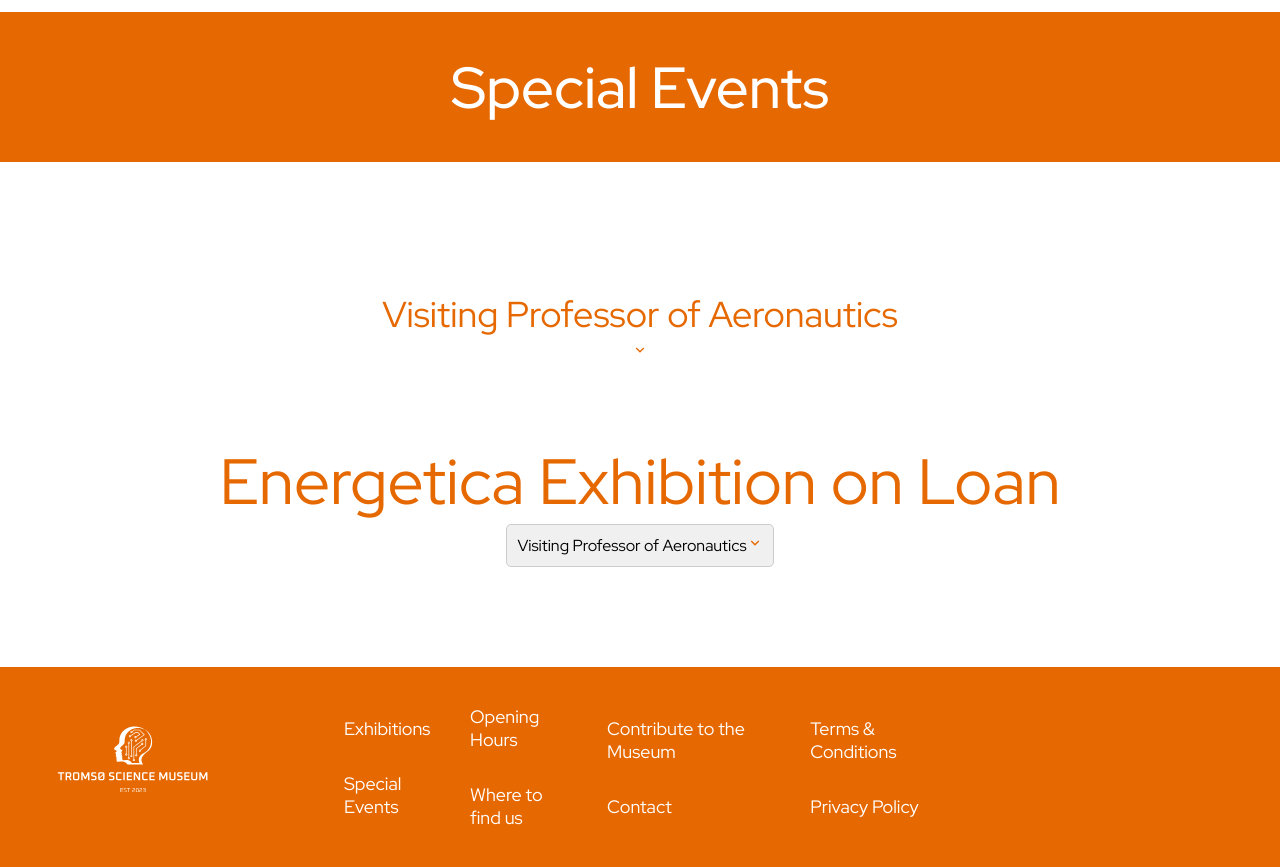
Repository: benjaminskarding/Semester-Project
Page: index.html
The author's editor kept a copy of each file at every save. The page is drawn from the files as they stood at one save, then again after a run of saves.
The browser window is 1280 px wide. The pictures show the part of the page from y = 5117 to 5984 px (the page is 5984 px tall).
A picture or video elsewhere on the page could not be fetched, so the positions and the page height are approximate.

Above is the page before, as saved 2023-12-04 12:48:23.

After the next 2 saves:
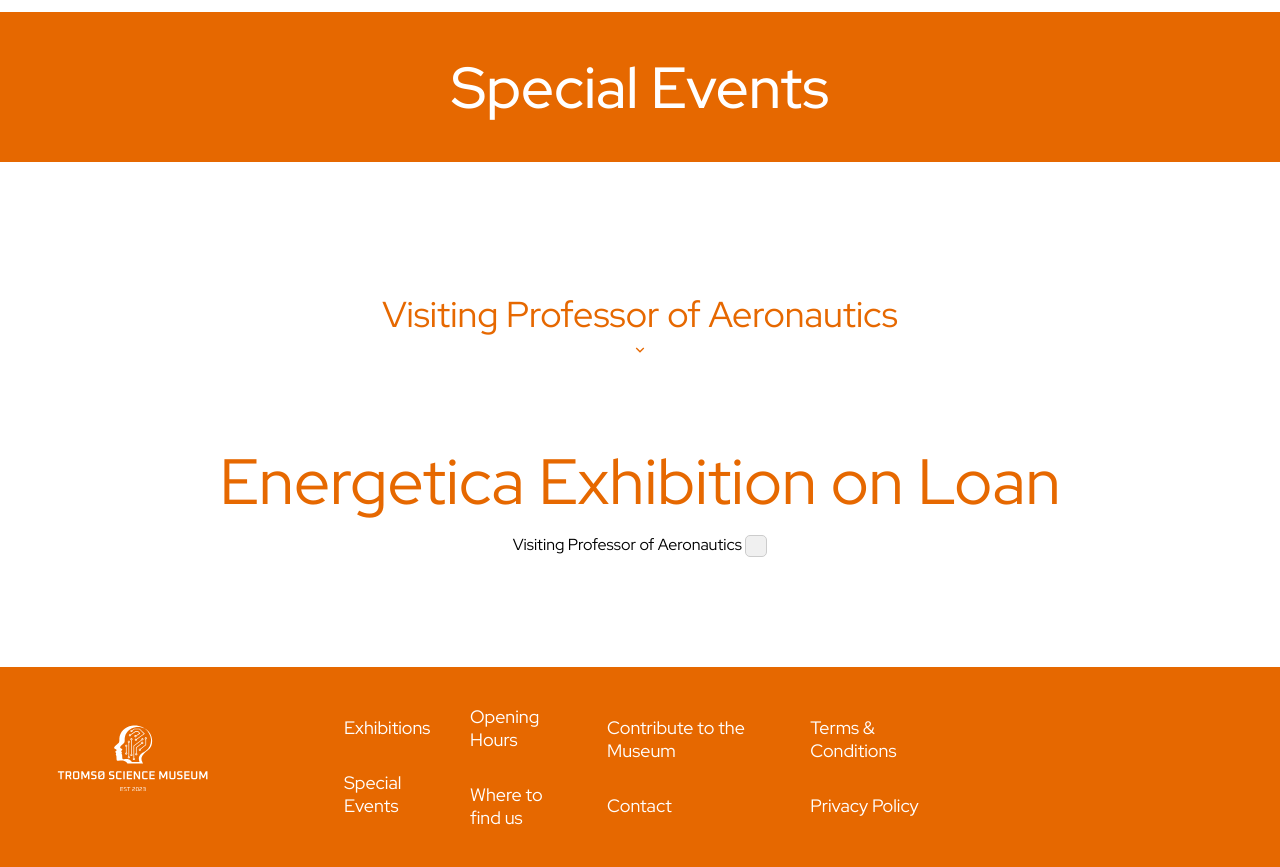
The 2 saves are shown as one change because they came seconds apart.
The last was saved 10 s later.
--- a/src/css/index.css
+++ b/src/css/index.css
@@ -408,6 +408,15 @@ h4 {
 
   .toggle-label {
     cursor: pointer;
+    display: block;
+    padding: 10px;
+  }
+
+
+
+  /* Arrow styling */
+  .toggle-label .arrow {
+    cursor: pointer;
     display: inline-block; /* Allows inline elements to sit beside the label text */
     padding: 10px;
     background-color: #f0f0f0;
@@ -420,14 +429,6 @@ h4 {
   }
 
 
-
-  /* Arrow styling */
-  .toggle-label .arrow {
-    transition: transform 0.3s ease;
-    float: right; /* Aligns the arrow to the right */
-  }
-
-
   .toggle:checked + .toggle-label .arrow {
     transform: rotate(180deg);
   }
